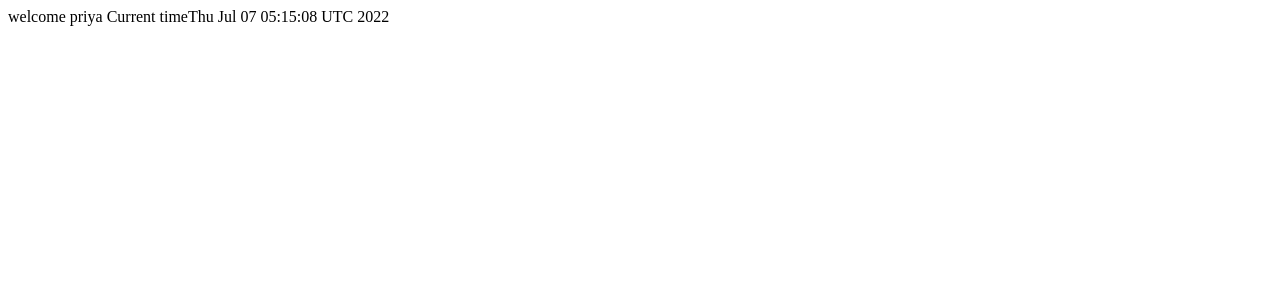
Repository: Priya-056/ServletEg
Page: http://localhost/Jsp/expression.jsp
These files come from the project's save history. The page is drawn as it stood at one moment and after the next save; the edit follows.
The browser window is 1280 px wide. The pictures show the whole page.
The page is served by Tomcat 10. Nobody is signed in. The application's start-up code is not run.

Above is the page before, as saved 2022-07-08 04:44:34.

After the next save:
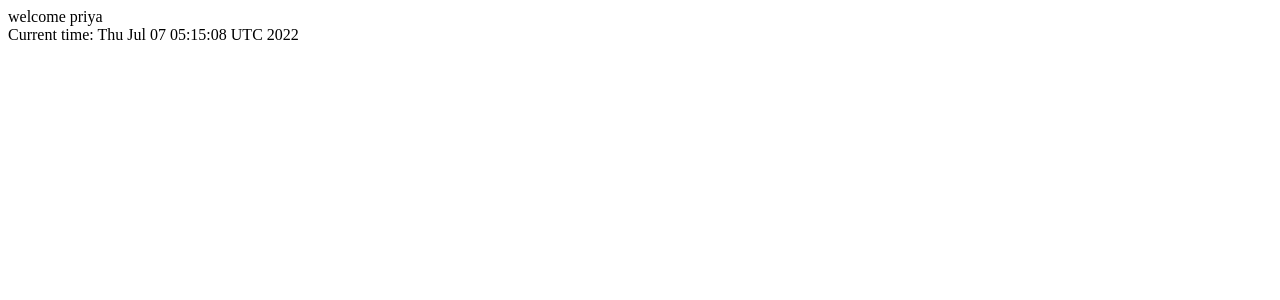
Saved 23 s later.
--- a/Jsp/src/main/webapp/expression.jsp
+++ b/Jsp/src/main/webapp/expression.jsp
@@ -8,6 +8,7 @@
 </head>
 <body>
 <%="welcome priya" %>
-Current time<%=java.util.Calendar.getInstance().getTime() %>
+<br>
+Current time: <%=java.util.Calendar.getInstance().getTime() %>
 </body>
 </html>
